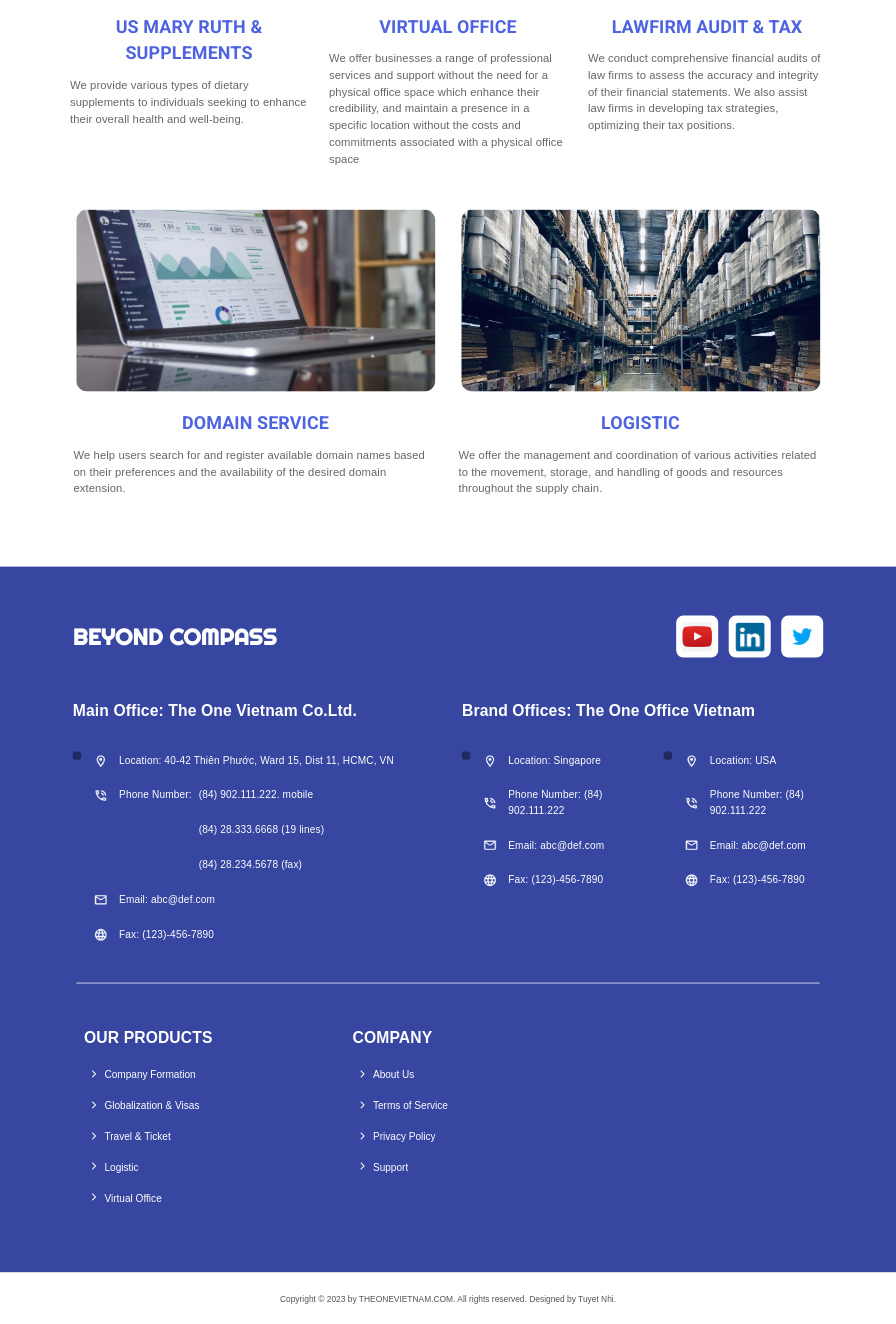
Repository: trunghau06/baitapRn
Page: pages/product.html
An editor plug-in stored every save of this project. The page is shown before and after the next save, followed by the edit.
The browser window is 1280 px wide. The pictures show the part of the page from y = 1399 to 3319 px (the page is 3291 px tall before and 3319 px after), at 70% of full size.

Above is the page before, as saved 2025-10-15 19:49:09.

### pages/product.html
<!DOCTYPE html>
<html lang="en">
<head>
    <meta charset="UTF-8">
    <meta name="viewport" content="width=device-width, initial-scale=1.0">
    <title>Our products</title>
    <link rel="stylesheet" href="../style/product.css?v=1">
    <link rel="stylesheet" href="https://cdnjs.cloudflare.com/ajax/libs/font-awesome/6.5.1/css/all.min.css">
    <link href="https://fonts.googleapis.com/css2?family=Roboto:wght@400;700&display=swap" rel="stylesheet">
</head>
<body>
    <!-- Thanh Header -->
    <header>
        <div class="header-Page">
            <!-- Logo -->
            <div class="logo">BEYOND COMPASS</div>

            <!-- Navigation Menu -->
            <nav>
                <div class="menu-item"><a href="../index.html">HOME</a></div>
                <div class="menu-item"><a href="../pages/about.html">ABOUT US</a></div>
                <div class="menu-item active"><a href="../pages/product.html">OUR PRODUCTS</a></div>
                <div class="menu-item"><a href="../pages/news.html">NEWS</a></div>
                <div class="menu-item"><a href="../pages/team.html">OUR TEAM</a></div>
                <div class="menu-item"><a href="../pages/contact.html">CONTACT</a></div>
                <div class="menu-item"><a href="../pages/blogs.html">BLOGS</a></div>
            </nav>
        </div>
    </header>

    <div class="header-banner"></div>

    <!-- Gioi Thieu -->
    <div class="introduce-Page">
        <svg class="hexagon-small-double" viewBox="0 0 100 115" xmlns="http://www.w3.org/2000/svg">
            <polygon points="50 10, 85 30, 85 70, 50 90, 15 70, 15 30"
                    fill="#C8CFF6"
                    stroke="none"/>
            <polygon points="50 -2, 97 20, 97 80, 50 102, 3 80, 3 20"
                    fill="none"
                    stroke="#C8CFF6"
                    stroke-width="10"/>
        </svg>

        <div class="hexagon hexagon-large"></div>

         <svg class="hexagon-outline" viewBox="0 0 100 115" xmlns="http://www.w3.org/2000/svg">
            <polygon points="50 0, 93 25, 93 75, 50 100, 7 75, 7 25"
                    fill="none"
                    stroke="#C8CFF6"
                    stroke-width="2"
                    stroke-dasharray="5, 5"/>
        </svg>

        <svg class="pentagon-outline" viewBox="0 0 100 100" xmlns="http://www.w3.org/2000/svg">
            <defs>
                <linearGradient id="strokeHalfColor" x1="0%" y1="0%" x2="100%" y2="0%">
                    <stop offset="50%" style="stop-color:#FFFFFF;stop-opacity:1" />
                    <stop offset="50%" style="stop-color:#C8CFF6;stop-opacity:1" />
                </linearGradient>
            </defs>
            <polygon points="50 5, 95 40, 80 90, 20 90, 5 40"
                    fill="none"
                    stroke="url(#strokeHalfColor)"
                    stroke-width="3"
                    transform="rotate(30 50 50)"/>
        </svg>

        <svg class="pentagon-filled" viewBox="0 0 100 100" xmlns="http://www.w3.org/2000/svg">
            <polygon points="50 5, 95 40, 80 90, 20 90, 5 40"
                    fill="#C8CFF6"
                    stroke="#C8CFF6"
                    stroke-width="3"/>
        </svg>

        <h1>Our products</h1>

        <h3>Unleash the Power of Innovation!</h3>

        <p>We are proud to offer a diverse range of cutting-edge products designed to revolutionize your world.</p>
    </div>

    <div class="box-section">
        <!-- box 1 -->
        <div class="box">
            <img src="../Images/image_box_1.jpg" alt="">

            <div class="content-box">
                <h3>COMPANY FORMATION</h3>

                <p>
                    We aim to simplify and streamline the complex legal
                    and administrative procedures involved in company
                    formation, helping clients navigate the requirements
                    and ensure compliance with relevant regulations.</p>
            </div>
        </div>

        <!-- box 2 -->
        <div class="box">
            <img src="../Images/image_box_2.jpg" alt="">

            <div class="content-box">
                <h3>GLOBAL IMMIGRATION & VISAS</h3>

                <p>
                    We assist people who want to travel, work, study, or
                    live in another country by offering comprehensive
                    assistance throughout the immigration and visa
                    application process.</p>
            </div>
        </div>

        <!-- box 3 -->
        <div class="box">
            <img src="../Images/image_box_3.jpg" alt="">

            <div class="content-box">
                <h3>TRAVEL AND TICKETS</h3>

                <p>
                    We provide personalized consultations to assess
                    clients' immigration goals, evaluate eligibility for
                    various immigration programs, and develop a
                    strategic immigration plan.</p>
            </div>
        </div>

        <!-- box 4 -->
        <div class="box">
            <img src="../Images/image_box_4.jpg" alt="">

            <div class="content-box">
                <h3>US MARY RUTH & SUPPLEMENTS</h3>

                <p>
                    We provide various types of dietary supplements to
                    individuals seeking to enhance their overall health
                    and well-being.
            </div>
        </div>

        <!-- box 5 -->
        <div class="box">
            <img src="../Images/image_box_5.jpg" alt="">

            <div class="content-box">
                <h3>VIRTUAL OFFICE</h3>

                <p>
                    We offer businesses a range of professional services
                    and support without the need for a physical office
                    space which enhance their credibility, and maintain a
                    presence in a specific location without the costs and
                    commitments associated with a physical office
                    space
                </p>
            </div>
        </div>

        <!-- box 6 -->
        <div class="box">
            <img src="../Images/image_box_6.jpg" alt="">

            <div class="content-box">
                <h3>LAWFIRM AUDIT & TAX</h3>

                <p>
                    We conduct comprehensive financial audits of law
                    firms to assess the accuracy and integrity of their
                    financial statements. We also assist law firms in
                    developing tax strategies, optimizing their tax
                    positions.
                </p>
            </div>
        </div>

        <!-- box 7 -->
        <div class="box">
            <img src="../Images/image_box_7.jpg" alt="">

            <div class="content-box">
                <h3>DOMAIN SERVICE</h3>

                <p>
                    We help users search for and register available domain names based on their
                    preferences and the availability of the desired domain extension.
                </p>
            </div>
        </div>

        <!-- box 8 -->
        <div class="box">
            <img src="../Images/image_box_8.jpg" alt="">

            <div class="content-box">
                <h3>LOGISTIC</h3>

                <p>
                    We offer the management and coordination of various activities related to the
                    movement, storage, and handling of goods and resources throughout the supply
                    chain.
                </p>
            </div>
        </div>
    </div>

    <!-- Footer -->
    <div class="footer">
        <!-- Header -->
        <div class="header-Footer">
            <h2>BEYOND COMPASS</h2>
            <div class="social-icons">
                <button><img src="../Images/youtube.png" alt="YouTube"></button>
                <button><img src="../Images/logo_linkedin.png" alt="LinkedIn"></button>
                <button><img src="../Images/image.png" alt="Twitter"></button>
            </div>
        </div>

        <!-- Offices -->
        <div class="offices">
            <!-- Main Office -->
            <div class="office">
                <h3>Main Office: The One Vietnam Co.Ltd.</h3>
                <div class="office-info">
                    <span class="square"></span>

                    <div class="content-info">
                        <p><img src="../Images/ic_map.png" alt="">Location: 40-42 Thiên Phước, Ward 15, Dist 11, HCMC, VN</p>

                        <div class="phone-group">
                            <p><img src="../Images/ic_phone.png" alt="">Phone Number: </p>

                            <div class="phone">
                                <p>(84) 902.111.222. mobile</p>
                                <p>(84) 28.333.6668 (19 lines)</p>
                                <p>(84) 28.234.5678 (fax)</p>
                            </div>
                        </div>

                        <p><img src="../Images/ic_email.png" alt="">Email: abc@def.com</p>
                        <p><img src="../Images/ic_global.png" alt="">Fax: (123)-456-7890</p>
                    </div>
                </div>
            </div>

            <!-- Brand Offices -->
            <div class="office">
                <h3>Brand Offices: The One Office Vietnam</h3>
                <div class="brand-offices">
                    <div class="office-info">
                        <span class="square"></span>

                        <div class="content-info">
                            <p><img src="../Images/ic_map.png" alt="Location">Location: Singapore</p>
                            <p><img src="../Images/ic_phone.png" alt="Phone">Phone Number: (84) 902.111.222</p>
                            <p><img src="../Images/ic_email.png" alt="Email">Email: abc@def.com</p>
                            <p><img src="../Images/ic_global.png" alt="Fax">Fax: (123)-456-7890</p>
                        </div>
                    </div>

                    <div class="office-info">
                        <span class="square"></span>

                        <div class="content-info">
                            <p><img src="../Images/ic_map.png" alt="">Location: USA</p>
                            <p></span><img src="../Images/ic_phone.png" alt="">Phone Number: (84) 902.111.222</p>
                            <p></span><img src="../Images/ic_email.png" alt="">Email: abc@def.com</p>
                            <p></span><img src="../Images/ic_global.png" alt="">Fax: (123)-456-7890</p>
                        </div>
                    </div>
                </div>
            </div>
        </div>

        <div class="line"></div>

        <div class="footer-links">
            <div class="link-column">
            <h4>OUR PRODUCTS</h4>
            <ul>
                <li><i class="fas fa-chevron-right"></i> Company Formation</li>
                <li><i class="fas fa-chevron-right"></i> Globalization & Visas</li>
                <li><i class="fas fa-chevron-right"></i> Travel & Ticket</li>
                <li><i class="fas fa-chevron-right"></i> Logistic</li>
                <li><i class="fas fa-chevron-right"></i> Virtual Office</li>
            </ul>
            </div>

            <div class="link-column">
            <h4>COMPANY</h4>
            <ul>
                <li><i class="fas fa-chevron-right"></i> About Us</li>
                <li><i class="fas fa-chevron-right"></i> Terms of Service</li>
                <li><i class="fas fa-chevron-right"></i> Privacy Policy</li>
                <li><i class="fas fa-chevron-right"></i> Support</li>
            </ul>
            </div>
        </div>

        <footer class="footer-bottom">
            <p>Copyright © 2023 by THEONEVIETNAM.COM. All rights reserved. Designed by Tuyet Nhi.</p>
        </footer>
    </div>
</body>
</html>

### style/product.css
@import url('https://fonts.googleapis.com/css2?family=Righteous&display=swap');

* {
    margin: 0;
    padding: 0;
    box-sizing: border-box;
}

body {
    font-family: Arial, sans-serif;
}

/* Header */
.header-Page {
    position: fixed;
    top: 0;
    left: 0;
    width: 100%;
    margin: 0 auto;
    padding: 0 104px;
    display: flex;
    justify-content: space-between;
    align-items: center;
    height: 80px;
    background-color: white;
    z-index: 1000;
}


/* Logo */
.logo {
    font-family: 'Righteous', Arial, sans-serif;
    color: #2A367C;
    font-size: 1.8em;
    font-weight: 400;
}

/* Menu */
nav {
    display: flex;
    align-items: flex-end;
}

.menu-item {
    display: flex;
    justify-content: center;
    padding: 0;
}

.menu-item a {
    display: flex;
    align-items: center;
    justify-content: center;
    padding: 12px 16px 28px 16px;
    text-decoration: none;
    color: #666666;
    font-size: 1em;
    font-weight: 700;
    font-family: 'Roboto', Arial, sans-serif;
    border-bottom: 4px solid transparent;
    transition: border-color 0.3s, color 0.3s;
    cursor: pointer;
}

.menu-item a:hover {
    border-bottom-color: #3746A0;
    color: #3746A0;
}

.menu-item.active a {
    border-bottom-color: #3746A0;
    color: #3746A0;
}

/* Banner */
.header-banner {
    margin-top: 80px;
    width: 100%;
    height: 200px;
    background-image: url('../Images/anhHeader_7.jpg');
    background-size: cover;
    background-position: center;
}

.introduce-Page {
    position: relative;
    background: linear-gradient(to right, #EBEDEE, #FDFBFB);
    display: flex;
    flex-direction: column;
    justify-items: center;
    align-items: center;
    padding: 30px 20px;
    overflow: hidden;
}

.introduce-Page h1 {
    font-family: 'Roboto', Arial, sans-serif;
    color: #2A367C;
    font-size: 3em;
    font-weight: 700;
    margin-bottom: 20px;
    line-height: 1.5;
    letter-spacing: 0.16px;
    z-index: 2;
}

.introduce-Page h3 {
    font-family: 'Roboto', Arial, sans-serif;
    font-size: 2em;
    color: #666666;
    line-height: 1.5;
    letter-spacing: 0.16px;
    margin-bottom: 20px;
    font-weight: bold;
}

.introduce-Page p {
    color: #666666;
    font-family: 'Roboto', Arial, sans-serif;
    line-height: 1.5;
    letter-spacing: 0.16px;
    margin-bottom: 15px;
    font-size: 1em;
}

.hexagon {
    position: absolute;
    background-color: #C8CFF6;
    clip-path: polygon(
        50% 0%, 93% 25%, 93% 75%, 50% 100%, 7% 75%, 7% 25%
    );
    box-shadow:
        0 0 0 8px white,
        0 0 0 10px #8B9FD9;
}

/* Hình lục giác nhỏ với 2 lớp viền */
.hexagon-small-double {
    position: absolute;
    width: 90px;
    height: 140px;
    top: 72%;
    left: 20px;
    z-index: 2;
}

/* Hình lục giác lớn */
.hexagon-large {
    width: 80px;
    height: 80px;
    bottom: 10px;
    right: 5%;
}

/* Hình lục giác chỉ viền nét đứt */
.hexagon-outline {
    position: absolute;
    width: 280px;
    height: 280px;
    top: 15%;
    right: 80px;
    transform: translateY(-50%);
}

/* Hình ngũ giác 5 góc nghiêng phải */
.pentagon-outline {
    position: absolute;
    width: 80px;
    height: 80px;
    top: 25%;
    left: 40%;
    transform: translate(-50%, -50%);
    z-index: 1;
}

/* Hình ngũ giác có ruột màu xanh */
.pentagon-filled {
   position: absolute;
    width: 80px;
    height: 80px;
    top: 25%;
    left: 38%;
    transform: translate(-50%, -50%);
    z-index: 0;
}

/* Cac box */
.box-section {
    display: flex;
    flex-wrap: wrap;
    gap: 10px;
    width: 100%;
    padding: 40px 40px 80px 40px;
    justify-content: center;
    align-items: stretch;
}

.box {
    width: 30%;
    border-radius: 15px;
    overflow: visible;
    display: flex;
    flex-direction: column;
    justify-items: center;
    align-items: center;
    padding: 20px 0;
}

.box img {
    width: 95%;
    height: 260px;
    object-fit: cover;
    border-radius: 16px;
}

.box-section .box:last-child,
.box-section .box:nth-last-child(2) {
    height: 250px;
}

.content-box {
    padding: 10px;
    text-align: center;
    flex-grow: 1;
}

.content-box h3 {
    font-family: 'Roboto', Arial, sans-serif;
    color: #4D63E2;
    font-size: 1.6em;
    font-weight: 700;
    line-height: 1.5;
    letter-spacing: 0.16px;
    margin: 15px 0 15px 0;
}

.content-box p {
    color: #666666;
    font-size: 1em;
    line-height: 1.5;
    letter-spacing: 0.16px;
    text-align: left;
}

.box:nth-child(7),
.box:nth-child(8) {
    width: 45%;
    margin-bottom: 100px;
}

/* Footer */
.footer {
  display: flex;
  flex-direction: column;
  background-color: #3746A0;
  margin-top: 100px;
}

.header-Footer {
    display: flex;
    justify-content: space-between;
    align-items: center;
    padding: 20px 104px;
    margin-top: 50px;
}

.header-Footer h2 {
    font-size: 2em;
    font-weight: bold;
    line-height: 1.5;
    letter-spacing: 0.16px;
    font-family: 'Righteous', Arial, sans-serif;
    color: #FFFFFF;
}

.social-icons {
    display: flex;
    gap: 15px;
}

.social-icons button {
    background: #FFFFFF;
    border: none;
    cursor: pointer;
    width: 60px;
    height: 60px;
    border-radius: 10px;
    display: flex;
    align-items: center;
    justify-content: center;
}

.social-icons button img {
    width: 70%;
    height: 70%;
    object-fit: contain;
}

.offices {
    padding: 10px 104px;
    display: grid;
    grid-template-columns: 1fr 1fr;
    gap: 40px;
    margin-top: 30px;
}

.brand-offices {
    display: grid;
    grid-template-columns: 1fr 1fr;
    gap: 60px;
}

.office h3 {
    margin-bottom: 15px;
    font-size: 1.4em;
    color: #FFFFFF;
    line-height: 1.5;
    letter-spacing: 0.16px;
}

.office-info {
    position: relative;
    margin-bottom: 20px;
    display: flex;
    align-items: flex-start;
}

.office-info .square {
    position: absolute;
    left: 0;
    top: 25px;
    width: 12px;
    height: 12px;
    background: #202A5F;
    border-radius: 4px;
}

.content-info {
    padding-left: 30px;
}

.content-info p {
    margin: 28px 0;
    display: flex;
    align-items: center;
    font-size: 0.9em;
    color: #FFFFFF;
    line-height: 1.5;
    letter-spacing: 0.24px;
}

.phone-group {
    display: flex;
    justify-content: left;
    align-items: flex-start;
    gap: 10px;
}

.phone-group p {
    margin: 0;
    font-size: 0.9em;
    margin-bottom: 28px;
    color: #FFFFFF;
    line-height: 1.5;
    letter-spacing: 0.24px;
}

.phone-group .phone p:nth-of-type(3) {
    margin-bottom: 0;
}

.phone {
    display: flex;
    flex-direction: column;
    text-align: left;
}

.content-info img {
    width: 20px;
    height: 20px;
    margin-right: 16px;
    vertical-align: middle;
    filter: brightness(0) invert(1);
}

.line {
    width: 83%;
    height: 2px;
    background: rgba(255,255,255,0.5);
    margin: 0 auto 40px auto;
}

.footer-links {
    display: flex;
    justify-content: left;
    gap: 200px;
    padding: 20px 120px;
    margin-bottom: 50px;
}

.link-column h4 {
    margin-bottom: 15px;
    font-size: 1.4em;
    font-weight: bold;
    color: #FFFFFF;
    text-transform: uppercase;
    line-height: 1.5;
    letter-spacing: 0.16px;
}

.link-column ul {
    list-style: none;
    padding: 0 10px;
}

.link-column ul li {
    margin: 28px 0;
    font-size: 0.9em;
    display: flex;
    align-items: center;
    color: #FFFFFF;
}

.link-column ul li i {
  margin-right: 12px;
  font-size: 0.8em;
  color: #FFFFFF;
}

.footer-bottom {
  margin-top: auto;
  background: #fff;
  text-align: center;
  padding: 30px 0;
  font-size: 12px;
  color: #555;
  border-top: 1px solid #ddd;
}

After the next save:
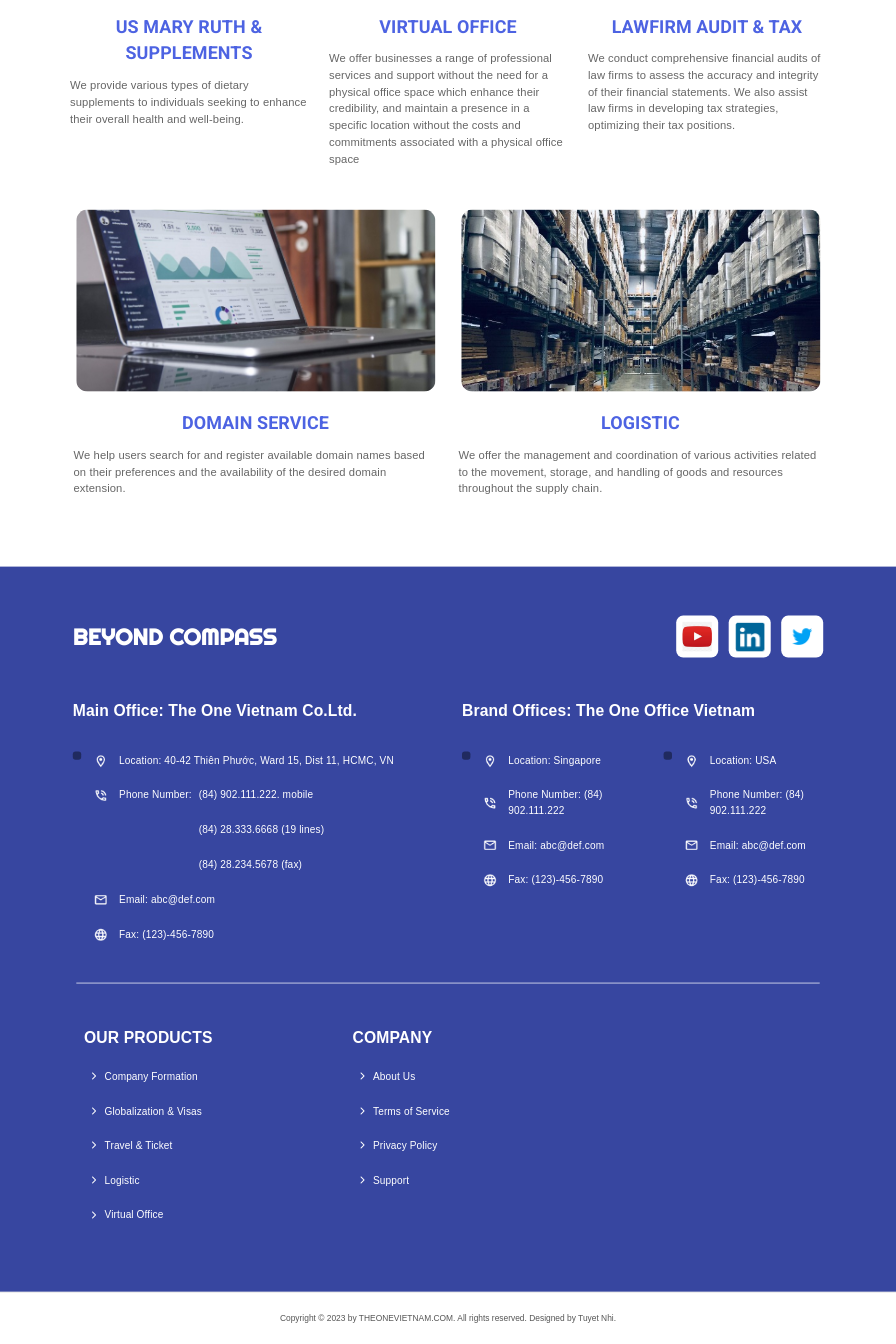
Saved 11 s later.
--- a/style/product.css
+++ b/style/product.css
@@ -419,20 +419,22 @@ nav {
     display: flex;
     align-items: center;
     color: #FFFFFF;
+    line-height: 1.5;
+    letter-spacing: 0.16px;
 }
 
 .link-column ul li i {
-  margin-right: 12px;
-  font-size: 0.8em;
-  color: #FFFFFF;
+    margin-right: 12px;
+    font-size: 0.8em;
+    color: #FFFFFF;
 }
 
 .footer-bottom {
-  margin-top: auto;
-  background: #fff;
-  text-align: center;
-  padding: 30px 0;
-  font-size: 12px;
-  color: #555;
-  border-top: 1px solid #ddd;
-}
+    margin-top: auto;
+    background: #fff;
+    text-align: center;
+    padding: 30px 0;
+    font-size: 12px;
+    color: #555;
+    border-top: 1px solid #ddd;
+}
